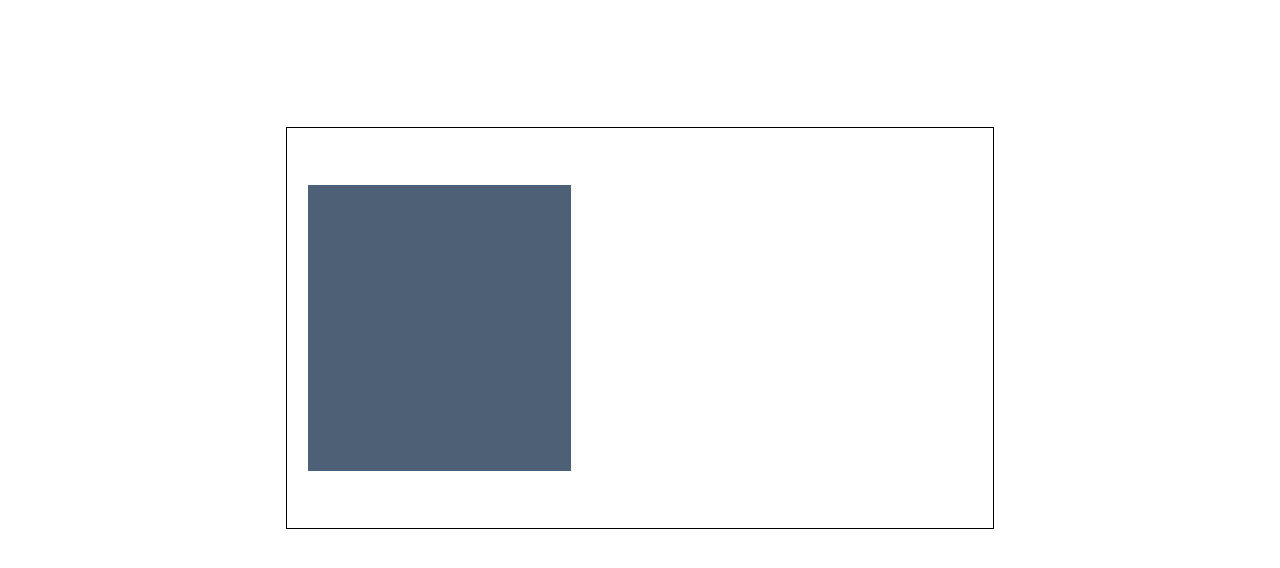
Repository: Juliolikescoding/WEB1100_invoice_app
Page: index.html
These files come from the project's save history. The page is drawn as it stood at one moment and after the next save; the edit follows.
The browser window is 1280 px wide. The pictures show the whole page.
Some web fonts or font styles are not loaded; a fallback is used.

Above is the page before, as saved 2018-05-16 22:05:45.

### index.html
<!DOCTYPE html>
<html lang="es">
<head>
    <meta charset="UTF-8">
    <meta name="viewport" content="width=device-width, initial-scale=1.0">
    <meta http-equiv="X-UA-Compatible" content="ie=edge">
    <link href="https://fonts.googleapis.com/css?family=Nobile" rel="stylesheet">
    <title>Invoice App</title>
    <style>
        body{
            margin: 10% 4% 4% 4%;
        }
        .userContainer{
            display: flex;
            height: 25em;
            align-items: center;
            justify-content: center;
        }
        .invoiceContainer{
            margin-top: 4em;
            display: flex;
            flex-wrap: wrap;
            width:100%;
            height: auto;
        }
        .userProfile{
            border: 1px solid black;
            display: flex;
            width: 60%;
            height: 100%;
        }
        .user{
            height: auto;
        }
        #picContainer{
            width: 40%;
            margin: 8% 0% 8% 3%;
            background-color: #4D6076;
        }
        #infoContainer{
            margin: 5% 2% 2% 2%;
            width: 60%;
            font-family: Nobile;
	        font-size: 16px;
        }
        p{
            font-size: 22px;
        }
        img{
            position: relative;
            width: 100%;
            height: 100%;
        }
        .invoice{
            border: 1px solid black;
            margin: 6% 3% 0% 3%;
            padding: 2%;
            width: 250px;
            height: auto;

        }
        .invoice > p{
            position: relative;
            margin: 5px;
            left: 25%;
            font-size: 18px;
        }
    </style>
</head>
<body>
     <div class="userContainer">
         <div class="userProfile">
             <div class="user" id="picContainer"></div>
             <div class="user" id="infoContainer"></div>
         </div>
     </div>
    <script>
        // //Fake it til you make it Database
        // var user = {
        //     name: ,
        //     companyName: ,
        //     address: ,
        //     email: ,
        //     picture:
        // }

        // var invoices = [
        //     {
        //         inv_id: "0156321",
        //         companyName: user.companyName,
        //         date: "9/7/2017",
        //         order: "Dell Computers",
        //         amount: 3,
        //         cost: 3457.67,
        //         paid: 3457.67
        //     },
        //     {
        //         inv_id: "0145632",
        //         companyName: user.companyName,
        //         date: "1/5/2017",
        //         order: "HP Printers",
        //         amount: 2,
        //         cost: 248.00,
        //         paid: 150.00
        //     },
        //     {
        //         inv_id: "0132110",
        //         companyName: user.companyName,
        //         date: "6/14/2016",
        //         order: "Marketing Coffee Mugs",
        //         amount: 160,
        //         cost: 414.00,
        //         paid: 414.00
        //     }

        // ]


        // //element selectors

        // //adding invoices
        // for(var i=0; i<invoices.length; i++){
        //     document.querySelector('.invoiceContainer').innerHTML += `
        //     <div class="invoice" id=${invoices[i].inv_id}>
        //         Invoice #:   <br/>
        //         <p>${} </p>
        //         Company Name:   <br />
        //         <p>${} </p>
        //         Date:  <br />
        //         <p> ${} </p>
        //         Order:  <br />
        //         <p>${} </p>
        //         Amount:   <br />
        //         <p>${} </p>
        //         Cost:       <br />
        //         <p>$${} </p>
        //         Paid:       <br />
        //         <p> $${} </p>
        //         Owed:        <br />
        //         <p>$${} </p>
        //     </div>
        //     `
        // }


    </script>
</body>
</html>

After the next save:
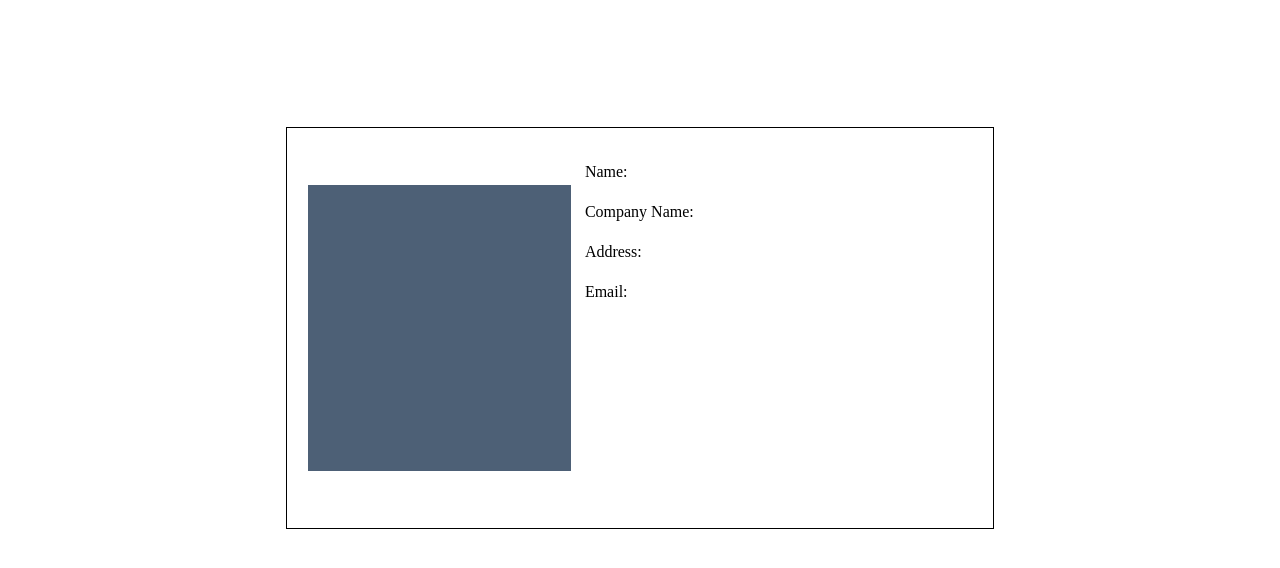
Console error (its wording comes from the project's code and is left out).
Saved 12 min 11 s later.
--- a/index.html
+++ b/index.html
@@ -71,18 +71,27 @@
      <div class="userContainer">
          <div class="userProfile">
              <div class="user" id="picContainer"></div>
-             <div class="user" id="infoContainer"></div>
+             <div class="user" id="infoContainer">
+                 Name:
+                 <p class="name"></p>
+                 Company Name:
+                 <p class="companyName"></p>
+                 Address:
+                 <p class="adress"></p>
+                 Email:
+                 <p class="email"></p>
+             </div>
          </div>
      </div>
     <script>
-        // //Fake it til you make it Database
-        // var user = {
-        //     name: ,
-        //     companyName: ,
-        //     address: ,
-        //     email: ,
-        //     picture:
-        // }
+        //Fake it til you make it Database
+        var user = {
+            name:"Julio Alfaro" ,
+            companyName:"TechLaunch" ,
+            address: "19351 sw 30th st, Miramar, FL 33029",
+            email:"jalfaro@techlaunch.io" ,
+            picture: ""
+        }
 
         // var invoices = [
         //     {
@@ -117,7 +126,7 @@
 
 
         // //element selectors
-
+        document.querySelector()
         // //adding invoices
         // for(var i=0; i<invoices.length; i++){
         //     document.querySelector('.invoiceContainer').innerHTML += `

After the 3 saves that followed:
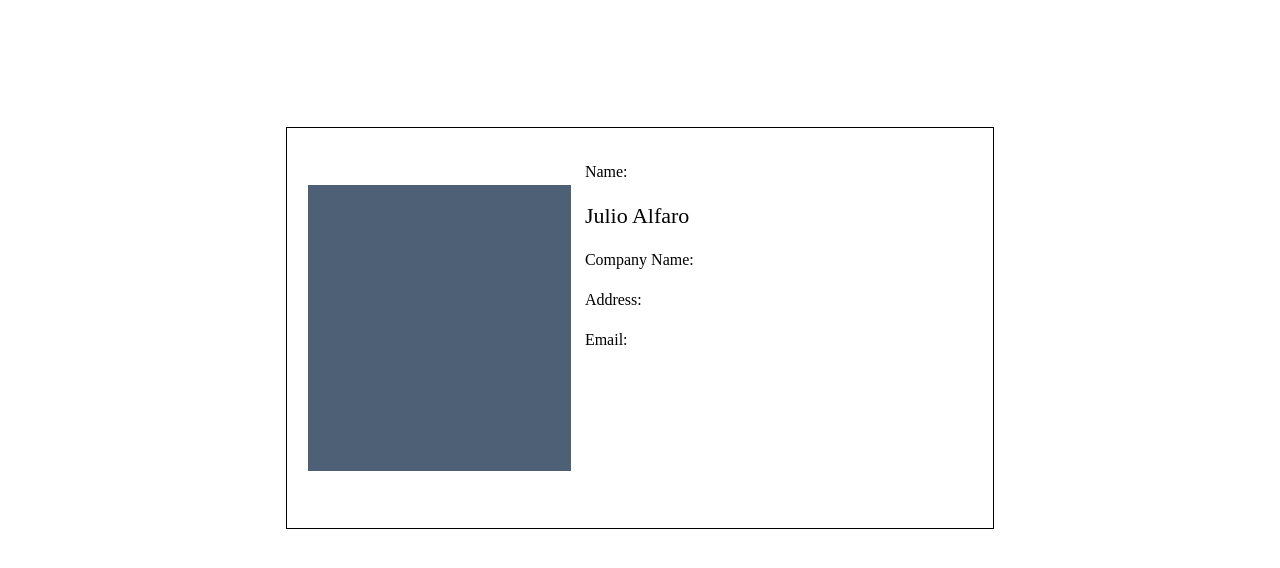
The error is gone.
The 3 saves are shown as one change because 2 left the picture as it was.
The last was saved 2 min 11 s later.
--- a/index.html
+++ b/index.html
@@ -126,7 +126,7 @@
 
 
         // //element selectors
-        document.querySelector()
+        document.querySelector(".name").textContent = user.name
         // //adding invoices
         // for(var i=0; i<invoices.length; i++){
         //     document.querySelector('.invoiceContainer').innerHTML += `
